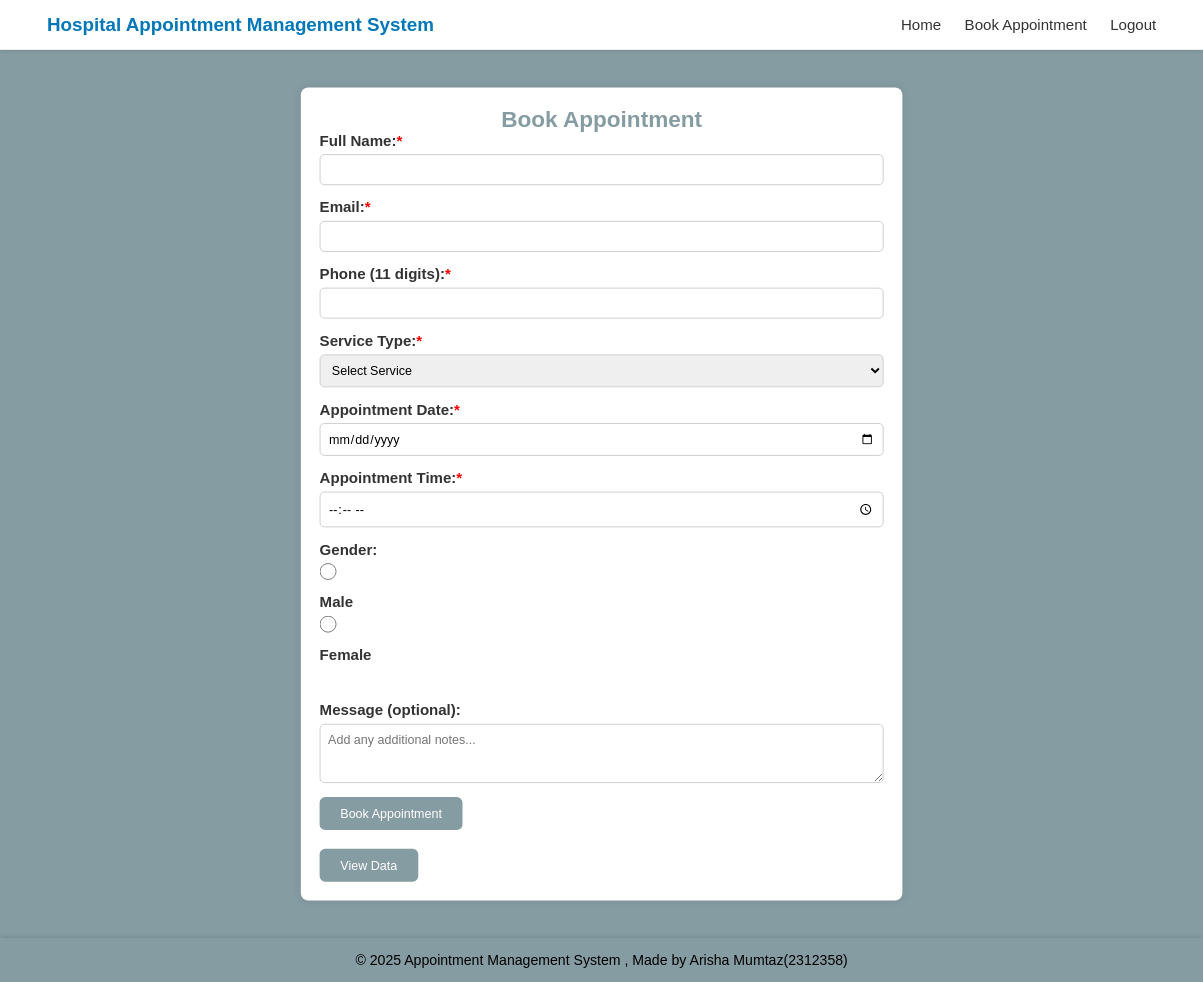
Repository: Arisha004/Hospital-appointment-management-system-
Page: http://localhost/
An editor plug-in stored every save of this project. The page is shown before and after the next save, followed by the edit.
The browser window is 1280 px wide. The pictures show the whole page, at 94% of full size.
The page is run by PHP 8.4 with error messages shown; the project is at /var/www/html/.

Above is the page before, as saved 2025-11-16 14:42:14.

### index.php
<html>
<head>
<title>Book Appointment</title>
<link rel="stylesheet" href="style2.css">

</head>
<body>
 <header class="navbar">
    <div class="logo">Hospital Appointment Management System</div>
    <nav>
      <ul>
        <li><a href="landingpage.html">Home</a></li>
          <li><a href="index.php">Book Appointment</a></li>

          <li><a href="signup.php">Logout</a></li>
      </ul>
    </nav>
  </header>


<div class="container1">
  <h2>Book Appointment</h2>
  <form  action="insertappointmentform.php" method="POST">

    <label>Full Name:<span>*</span></label>
    <input type="text" name="full_name" required pattern="^[A-Za-z]{3,}( [A-Za-z]+)?$"  minlength="3"
       title="Name should contain only letters.">


    <label>Email:<span>*</span></label>
    <input type="email"
   name="email" required title="enter a valid email address">

    <label>Phone (11 digits):<span>*</span></label>
    <input type="number" name="phone" required pattern="[0-9]{11}" title="Phone number must be exactly 11 digits." maxlength="11">

    <label>Service Type:<span>*</span></label>
    <select name="service_type" required>
      <option value=""> Select Service </option>
      <option value="Consultation">Consultation</option>
      <option value="Follow-up">Follow-up</option>
      <option value="Check-up">Check-up</option>
      <option value="Emergency">Emergency</option>
    </select>

    <label>Appointment Date:<span>*</span></label>
    <input type="date" name="appointment_date" required min="<?php echo date('Y-m-d'); ?>">

    <label>Appointment Time:<span>*</span></label>
    <input type="time" name="appointment_time" required>



      <label>Gender:</label>
      <input type="radio" id="male" name="gender" value="Male">
      <label for="male">Male</label>
      <input type="radio" id="female" name="gender" value="Female">
      <label for="female">Female</label>
      <br><br>
      <!-- <label>Gender:<span>*</span></label>
    <select name="gender" required>
      <option value=""> Select Gender </option>
      <option value="Male">Male</option>
      <option value="Female">Female</option>
      <option value="Other">Other</option>
    </select> -->

    <label>Message (optional):</label>
    <textarea name="message"  rows="3"  placeholder="Add any additional notes..."></textarea>

    <input type="hidden" name="created_at" value="<?php echo date('Y-m-d H:i:s'); ?>">

    <button type="submit" name="submit"> Book Appointment </button>
  </form>


<div style="margin-top:20px;">
    <form action="list.php" method="get">
    <button type="submit">View Data</button>
    </form>
</div>
</div>

    <footer>
    <p>© 2025 Appointment Management System , Made by Arisha Mumtaz(2312358)</p>
  </footer>
</div>
</body>
</html>

### style2.css
  /* Reset and fonts */
* {
  margin: 0;
  padding: 0;
  box-sizing: border-box;
  font-family: 'Poppins', sans-serif;
}
  input[type='radio'] {
    width: 18px;
    height: 18px;
    accent-color: #2196F3;
    margin-right: 8px;
    cursor: pointer;
  }
  label {
    font-family: Arial, sans-serif;
    font-size: 16px;
    margin-right: 15px;
    cursor: pointer;
  }
body {
  background: #869CA3;
  color: #333;
}
  .container1 { width: 50%; margin: 40px auto; background: #fff; padding: 20px; border-radius: 8px; box-shadow: 0 0 10px rgba(0,0,0,0.1); }
  h2 { text-align: center; color: #869CA3; }
  label { font-weight: bold; display: block; margin-bottom: 5px; }
  input, select, textarea {
      width: 100%;
      padding: 8px;
      margin-bottom: 15px;
      border: 1px solid #ccc;
      border-radius: 5px;
  }
 /* Footer */
footer {
  text-align: center;
  padding: 15px;
  background-color:#869CA3;
        color: black;
  box-shadow: 0 -2px 5px rgba(0,0,0,0.1);
  font-size: 15px;

}
label span {
  color: red;
}

/* Navbar */
.navbar {
  display: flex;
  justify-content: space-between;
  align-items: center;
  padding: 15px 50px;
  background: #fff;
  box-shadow: 0 2px 5px rgba(0,0,0,0.1);
  position: sticky;
  top: 0;
  z-index: 10;
}

.navbar .logo {
  font-weight: 700;
    font-size: 20px;
  color: #0077b6;
}

.navbar ul {
  display: flex;
  list-style: none;
}

.navbar ul li a {
  text-decoration: none;
  color: #333;
  margin-left: 25px;
  transition: 0.3s;
}

.navbar ul li a:hover {
  color: #0077b6;
}

  button{

  display: inline-block;
  background-color: #869CA3;
  color: #fff;
  padding: 10px 22px;
  border: none;
  border-radius: 6px;
  cursor: pointer;
  font-weight: 500;

  transition: 0.3s;
   text-align: center;
}

button:hover {
  background-color: #7498a3;
  transform: translateY(-2px);
}

  input[type=submit] {
      background-color: #007bff;
      color: white;
      border: none;
      padding: 10px 15px;
      cursor: pointer;
      border-radius: 5px;
  }
  input[type=submit]:hover {
      background-color: #0056b3;
  }
  select[name="status"] {
    background-color: #f8f9fa;
    color: #495057;
    padding: 8px;
    margin-bottom: 15px;
    border: 1px solid #ced4da;
    border-radius: 5px;
    width: 100%;
}

select[name="status"] option[value="Pending"] { color: #ffc107; }
select[name="status"] option[value="Confirmed"] { color: #28a745; }
select[name="status"] option[value="Cancelled"] { color: #dc3545; }
select[name="status"] option[value="Completed"] { color: #17a2b8; }

After the next save:
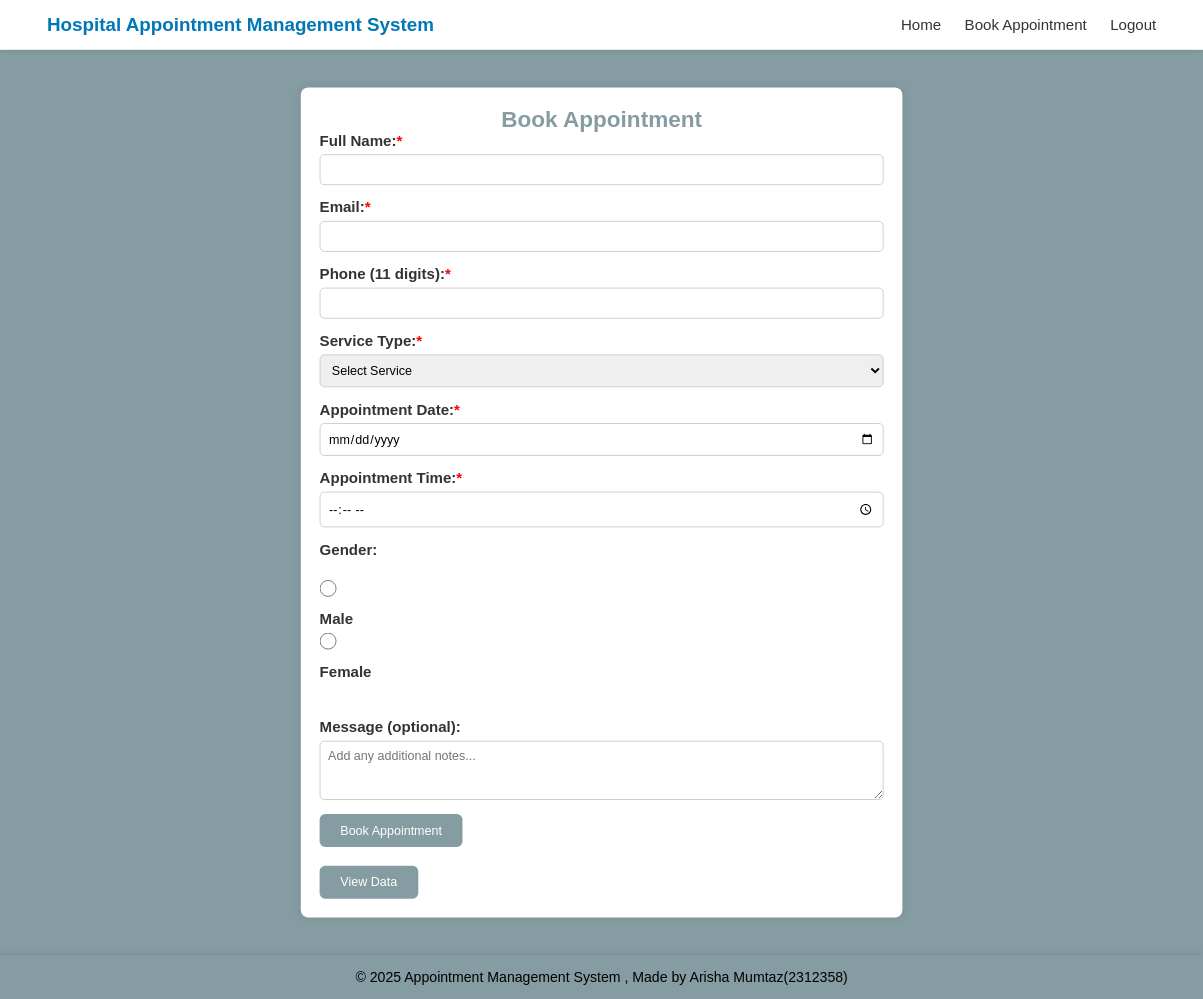
Saved 4 s later.
--- a/index.php
+++ b/index.php
@@ -51,7 +51,7 @@
 
 
 
-      <label>Gender:</label>
+      <label>Gender:</label><br>
       <input type="radio" id="male" name="gender" value="Male">
       <label for="male">Male</label>
       <input type="radio" id="female" name="gender" value="Female">
